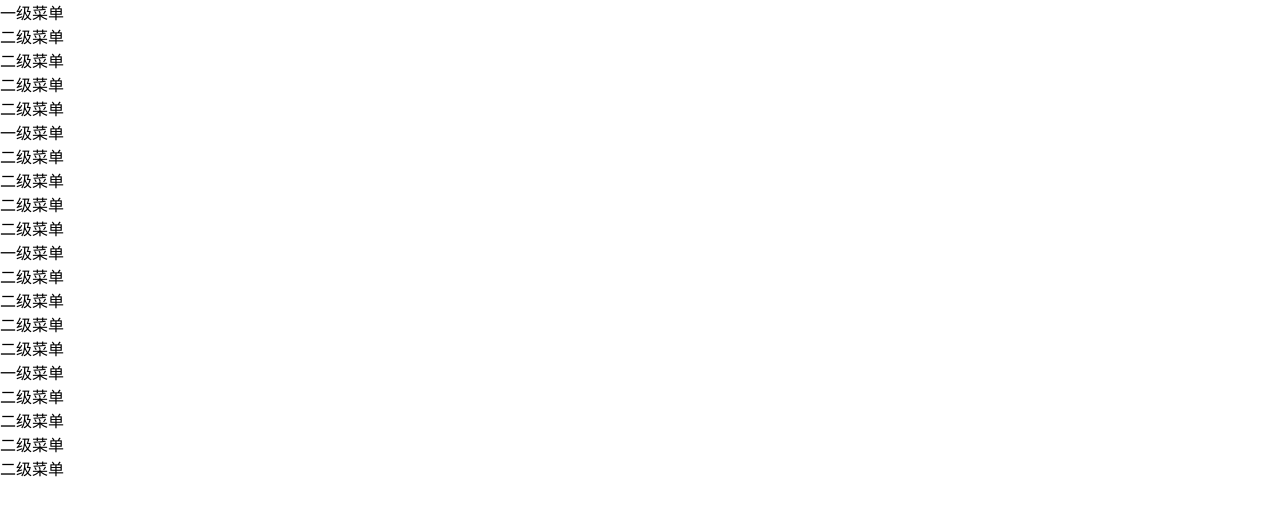
Repository: JJianZ/miao
Page: css-menu.html
The author's editor kept a copy of each file at every save. The page is drawn from the files as they stood at one save, then again after the next save.
The browser window is 1280 px wide. The pictures show the whole page.
The pointer rests on the first visible `.nav li`.

Above is the page before, as saved 2021-11-23 10:57:55.

After the next save:
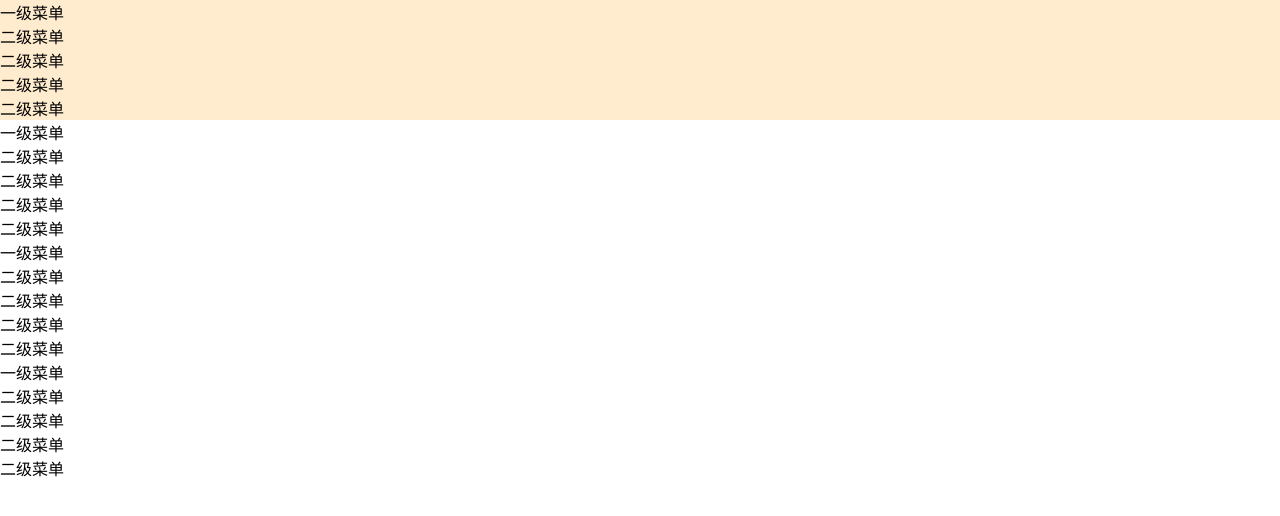
Saved 23 s later.
--- a/css-menu.html
+++ b/css-menu.html
@@ -18,7 +18,9 @@
     .nav li {
       position: relative;
     }
-
+    .nav li:hover {
+      background-color: blanchedalmond;
+    }
   </style>
 </head>
 <body>
